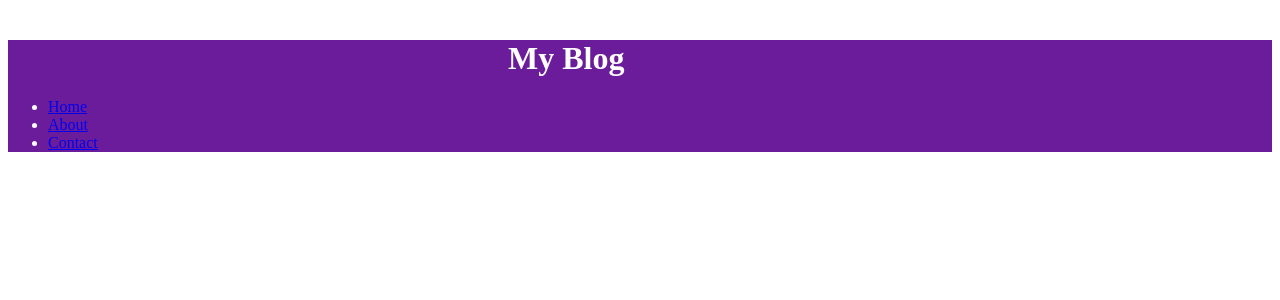
Repository: Femi007-gh/BLOG
Page: index.html
The author's editor kept a copy of each file at every save. The page is drawn from the files as they stood at one save, then again after a run of saves.
The browser window is 1280 px wide. The pictures show the whole page.

Above is the page before, as saved 2025-01-08 06:49:16.

After the next 2 saves:
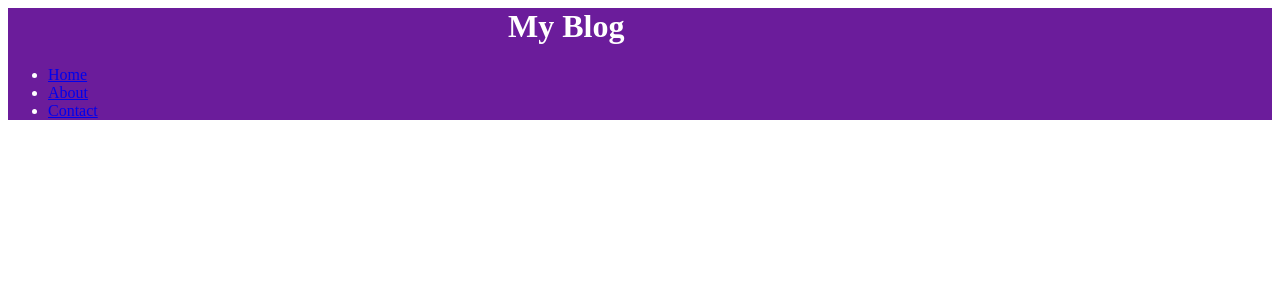
The 2 saves are shown as one change because they came seconds apart.
The last was saved 6 s later.
--- a/style.css
+++ b/style.css
@@ -5,5 +5,5 @@ header {
 
 h1 {
   margin-left: 500px;
-  margin-top: 40px;
+  margin-top: 0px;
 }
